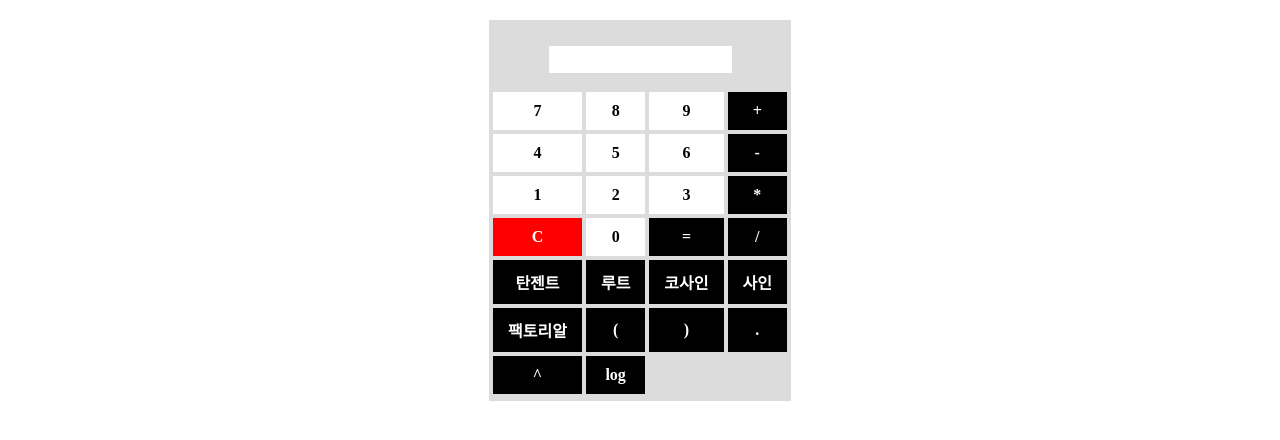
Repository: whwnsgk/cal
Page: http://localhost/calculator/
The author's editor kept a copy of each file at every save. The page is drawn from the files as they stood at one save, then again after the next save.
The browser window is 1280 px wide. The pictures show the whole page.
The page is served by Tomcat 9. Other server files are loaded and not shown.

Above is the page before, as saved 2023-12-01 05:10:28.

### calculator/src/main/webapp/index.jsp
<%@page import="java.util.Date"%>
<%@page import="javax.naming.spi.DirStateFactory.Result"%>
<%@ page language="java" contentType="text/html; charset=UTF-8"
    pageEncoding="UTF-8"%>
<%@taglib prefix="c" uri="http://java.sun.com/jsp/jstl/core" %>
<%@ taglib prefix="fn" uri="http://java.sun.com/jsp/jstl/functions" %>


<!DOCTYPE html>
<html lang="ko">

<head>
  <meta charset="UTF-8">
  <title>calculator</title>
  <script src="https://ajax.googleapis.com/ajax/libs/jquery/3.5.1/jquery.min.js"></script>
  <style>
    * {
      margin: 10px auto;
      font-weight: bold;
    }

    .all {
      background-color: gainsboro;
      border-spacing: 0.3em; /*칸 간격*/
    }

    tr {
      text-align: center;
    }

    td {
      color: black;
      padding: 10px 15px;
      position: relative;
      bottom: 3px;
    }

    input {
      height: 25px;
      position: relative;
      top: 5px;
      text-align: right; /*text 입력시 오른쪽 정렬*/
      border: none;
    }

    .four {
      background-color: black;
      color: white;
    }

    .four:active {
      box-shadow: 1px 1px 0 rgb(0,0,0,0.5);
      position: relative;
      right: 0.1em;
    }

    .reset {
      background-color: red;
      color: white;
    }

    .reset:active {
      box-shadow: 1px 1px 0 rgb(0,0,0,0.5);
      position: relative;
      left: 0.1em;
    }

    .num {
      background-color: white;
      margin: 10px;
    }

    .num:active {
      box-shadow: 1px 1px 0 rgb(0,0,0,0.5);
      position: relative;
      left: 0.1em;
    }

  </style>
</head>

<body>
  <table class="all">

    <td colspan="4">
      <input type="text" id="enter">
    </td>

    <tr>
      <td class="num" onclick="add('7')">7</td>
      <td class="num" onclick="add('8')">8</td>
      <td class="num" onclick="add('9')">9</td>
      <td class="four" onclick="add('+')">+</td>
    </tr>

    <tr>
      <td class="num" onclick="add('4')">4</td>
      <td class="num" onclick="add('5')">5</td>
      <td class="num" onclick="add('6')">6</td>
      <td class="four" onclick="add('-')">-</td>
    </tr>

    <tr>
      <td class="num" onclick="add('1')">1</td>
      <td class="num" onclick="add('2')">2</td>
      <td class="num" onclick="add('3')">3</td>
      <td class="four" onclick="add('*')">*</td>
    </tr>

    <tr>
      <td class="reset" onclick="clearDisplay()">C</td>
      <td class="num" onclick="add('0')">0</td>
      <td class="four" onclick="compute()">=</td>
      <td class="four" onclick="add('/')">/</td>
    </tr>

    <tr>
      <td class="four" onclick="add('tan')">탄젠트</td>
      <td class="four" onclick="add('root')">루트</td>
      <td class="four" onclick="add('cos')">코사인</td>
      <td class="four" onclick="add('sin')">사인</td>
    </tr>

    <tr>
      <td class="four" onclick="add('!')">팩토리알</td>
      <td class="four" onclick="add('(')">(</td>
      <td class="four" onclick="add(')')">)</td>
      <td class="four" onclick="add('.')">.</td>
    </tr>

    <tr>
      <td class="four" onclick="add('^')">^</td>
      <td class="four" onclick="add('log')">log</td>

    </tr>

  </table>



</body>

</html>

<script>

$(function(){
  alert("반가워! 오랜만이야");
})

var expression = "";
function add(character) {
  expression = expression + character;
  $("#enter").val(expression);
}

function compute() {
	$.ajax({
		url: "calculator.cl",
		data: {
			infix : expression
		},
		success : function(result){
			console.log("통신성공");
			$("#enter").val(result);

		},
		error :function(){
			  console.log("통신실패");
		}
	})
}

function clearDisplay() {
  expression = "";
  document.getElementById("enter").value = "0";
}


</script>

<script>


</script>

After the next save:
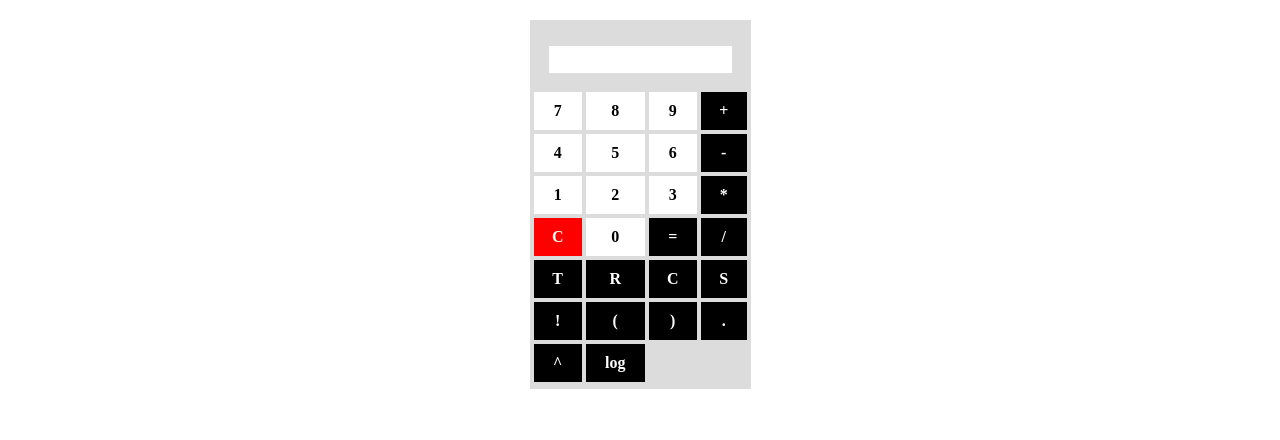
Saved 15 min 45 s later.
--- a/calculator/src/main/webapp/index.jsp
+++ b/calculator/src/main/webapp/index.jsp
@@ -115,14 +115,14 @@
     </tr>
 
     <tr>
-      <td class="four" onclick="add('tan')">탄젠트</td>
-      <td class="four" onclick="add('root')">루트</td>
-      <td class="four" onclick="add('cos')">코사인</td>
-      <td class="four" onclick="add('sin')">사인</td>
+      <td class="four" onclick="add('tan')">T</td>
+      <td class="four" onclick="add('root')">R</td>
+      <td class="four" onclick="add('cos')">C</td>
+      <td class="four" onclick="add('sin')">S</td>
     </tr>
 
     <tr>
-      <td class="four" onclick="add('!')">팩토리알</td>
+      <td class="four" onclick="add('!')">!</td>
       <td class="four" onclick="add('(')">(</td>
       <td class="four" onclick="add(')')">)</td>
       <td class="four" onclick="add('.')">.</td>
